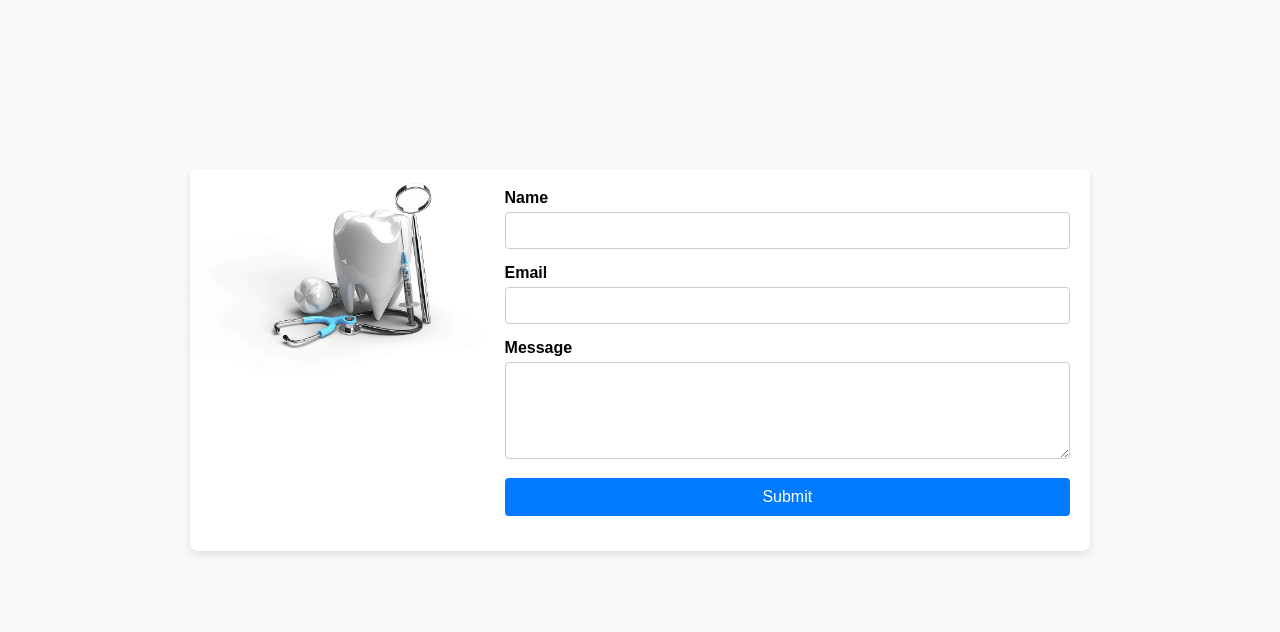
Repository: Reshu70/dental
Page: css/form.html
These files come from the project's save history. The page is drawn as it stood at one moment and after the next save; the edit follows.
The browser window is 1280 px wide. The pictures show the whole page.

Above is the page before, as saved 2024-06-06 11:22:33.

### css/form.html
<!DOCTYPE html>
<html lang="en">
<head>
    <meta charset="UTF-8">
    <meta name="viewport" content="width=device-width, initial-scale=1.0">
    <title>Responsive Form with Image</title>
    <style>
        body {
            font-family: Arial, sans-serif;
            background-color: #f8f9fa;
            display: flex;
            justify-content: center;
            align-items: center;
            height: 100vh;
            margin: 0;
        }

        .container {
            display: flex;
            flex-wrap: wrap;
            background: #fff;
            border-radius: 8px;
            box-shadow: 0 4px 8px rgba(0, 0, 0, 0.1);
            max-width: 900px;
            width: 100%;
            box-sizing: border-box;
        }

        .container img {
            flex: 1;
            max-width: 100%;
            border-top-left-radius: 8px;
            border-bottom-left-radius: 8px;
            object-fit: cover;
        }

        .form-container {
            flex: 2;
            padding: 20px;
        }

        .form-group {
            margin-bottom: 15px;
        }

        .form-group label {
            display: block;
            margin-bottom: 5px;
            font-weight: bold;
        }

        .form-group input,
        .form-group textarea {
            width: 100%;
            padding: 10px;
            border: 1px solid #ccc;
            border-radius: 4px;
            box-sizing: border-box;
        }

        .form-group textarea {
            resize: vertical;
        }

        .form-group button {
            width: 100%;
            padding: 10px;
            background-color: #007bff;
            border: none;
            color: #fff;
            font-size: 16px;
            border-radius: 4px;
            cursor: pointer;
        }

        .form-group button:hover {
            background-color: #0056b3;
        }

        @media (max-width: 768px) {
            .container {
                flex-direction: column;
            }

            .container img {
                border-top-right-radius: 8px;
                border-bottom-left-radius: 0;
            }

            .form-container {
                padding: 15px;
            }
        }
    </style>
</head>
<body>
    <div class="container">
        <img src="/images/About-us.jpg " alt="About Us Image" style="height: 200px;">
        <div class="form-container">
            <form>
                <div class="form-group">
                    <label for="name">Name</label>
                    <input type="text" id="name" name="name" required>
                </div>
                <div class="form-group">
                    <label for="email">Email</label>
                    <input type="email" id="email" name="email" required>
                </div>
                <div class="form-group">
                    <label for="message">Message</label>
                    <textarea id="message" name="message" rows="5" required></textarea>
                </div>
                <div class="form-group">
                    <button type="submit">Submit</button>
                </div>
            </form>
        </div>
    </div>
</body>
</html>

After the next save:
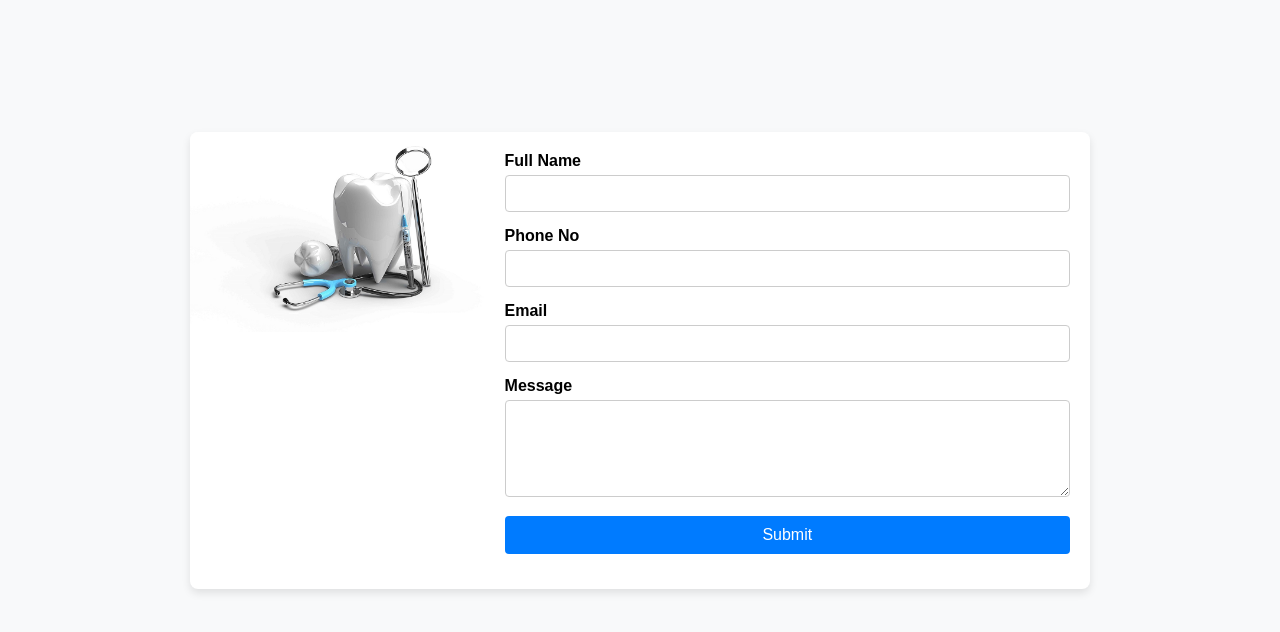
Saved 3 min 30 s later.
--- a/css/form.html
+++ b/css/form.html
@@ -99,8 +99,12 @@
         <div class="form-container">
             <form>
                 <div class="form-group">
-                    <label for="name">Name</label>
+                    <label for="name">Full Name</label>
                     <input type="text" id="name" name="name" required>
+                </div>
+                <div class="form-group">
+                    <label for="name">Phone No</label>
+                    <input type="text" id="Phone No" name="Phone No" required>
                 </div>
                 <div class="form-group">
                     <label for="email">Email</label>
